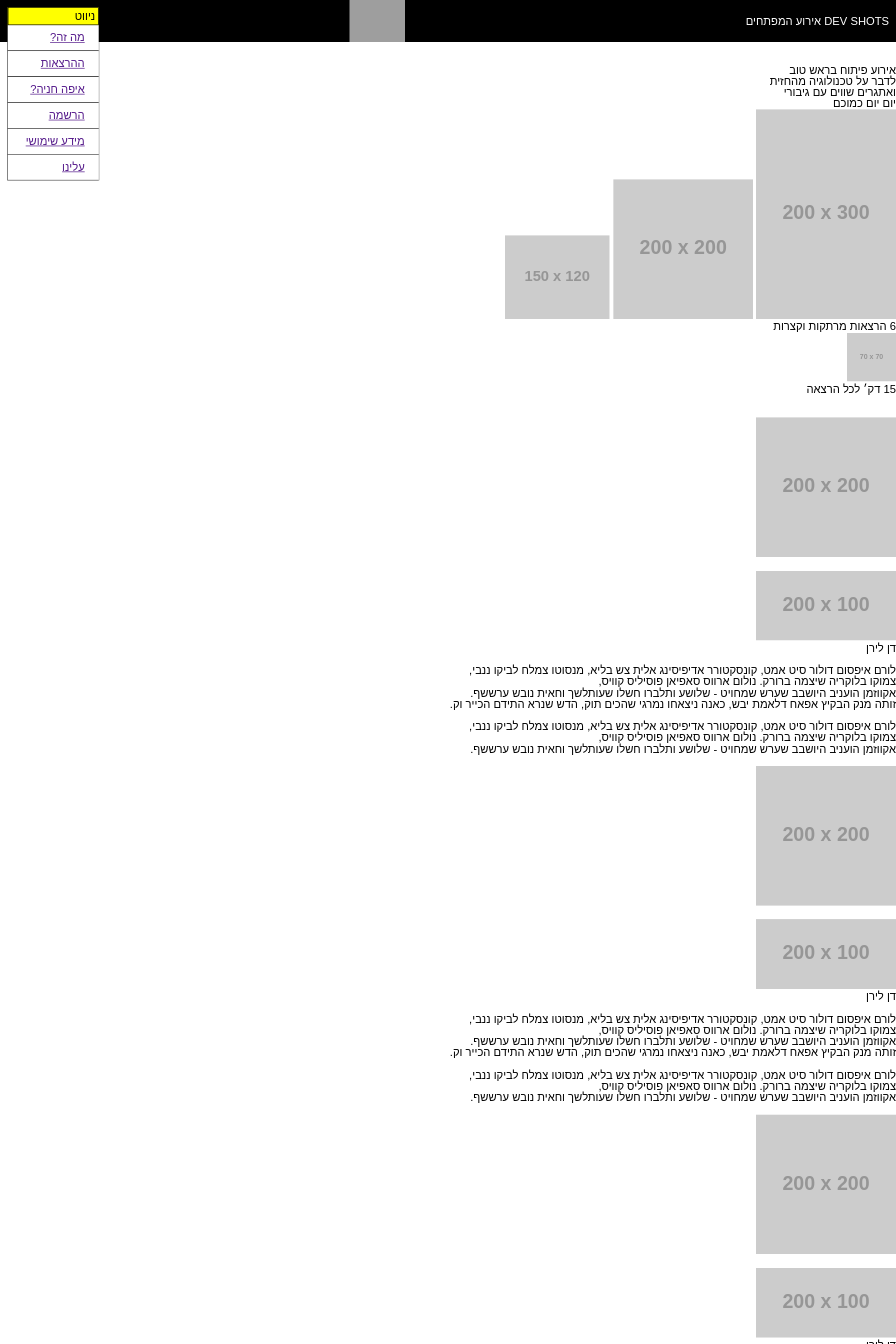
Repository: Julian-Escobar/DevShots
Page: index.html
The author's editor kept a copy of each file at every save. The page is drawn from the files as they stood at one save, then again after the next save.
The browser window is 1280 px wide. The pictures show the part of the page from y = 0 to 1920 px (the page is 5922 px tall before and 6155 px after), at 70% of full size.
Pictures or frames that could not be fetched are drawn as grey boxes.

Above is the page before, as saved 2018-08-28 19:35:58.

### index.html
<!DOCTYPE HTML>
<html>
  <head>
      <link rel="stylesheet" href="style.css">
        <style>

                body{
                    text-align: right;
                    direction: rtl;
                }
        </style>
  </head>
  <body>
      <!--header-->

      <section class="conteiner1">
            <header class="wrapper">
          <h2 class="title">   DEV SHOTS אירוע המפתחים  </h2>
          <div> <a> <img class="netcraftlogo" src="https://cdn.dribbble.com/users/277968/screenshots/1639449/netcraftdev_1x.png" alt="netcraft logo"> </a> </div>
          <div > <nav class="dropdownnav">
            <ul class="nav_conteiner">
              <li><div class="navtitle"> <b>ניווט</b></li><li><a class="navlink" href=""> מה
                   זה? </a></li><li><a class="navlink" href=""> ההרצאות

                   </a></li><li><a class="navlink" href=""> איפה
                        חניה? </a></li><li><a class="navlink" href=""> הרשמה

                        </a></li><li><a class="navlink" href=""> מידע
                             שימושי </a></li><li><a class="navlink" href=""> עלינו </a></li>
                                  </ul></nav></div>
       </header> </section>
       <br> <br>

       <!--section 1-->
       <section class="wrapper2" >
               <div> <h1 class="secondtitle">אירוע פיתוח בראש טוב</h1>
                     <p> לדבר על טכנולוגיה מהחזית <br>ואתגרים שווים עם גיבורי<br> יום יום כמוכם</p>
               </div>
          <a class="robot 1"href="https://placeholder.com"><img src="https://via.placeholder.com/200x300" alt="robot1 image"></a>
          <a class="robot 2"href="https://placeholder.com"><img src="https://via.placeholder.com/200x200" alt="robot2 image"></a>
          <a class="robot 3"href="https://placeholder.com"><img src="https://via.placeholder.com/150x120" alt="robot3 image"></a>
       </section>

              <!--section 2 lectures-->
        <section class="section2 conteiner">
                    <h3>6 הרצאות מרתקות וקצרות</h3>
                    <div class="lecture time"> <a class="clock icon"href="https://placeholder.com"><img src="https://via.placeholder.com/70x70"alt="clock icon"> </a>
                    <p>15 דק׳ לכל הרצאה</p></div>
                    <br>
                    <br>

                  <article class="lecture container">
                            <a class="prof picture"href="https://placeholder.com"><img src="https://via.placeholder.com/200x200" alt="lecturer photo"></a>
                             <h3 class="card title">חומריות בעולם הגידיטל</h3>
                             <a class="bubble image"href="https://placeholder.com"><img src="https://via.placeholder.com/200x100"alt="bubble image"></a>
                                <p class="prof name">דן לירן</p> </div>
                                <p class=><br>לורם איפסום דולור סיט אמט, קונסקטורר אדיפיסינג אלית צש בליא, מנסוטו צמלח לביקו ננבי,
                                        <br>צמוקו בלוקריה שיצמה ברורק. נולום ארווס סאפיאן פוסיליס קוויס,
                                        <br>אקווזמן הועניב היושבב שערש שמחויט - שלושע ותלברו חשלו שעותלשך וחאית נובש ערששף.
                                        <br> זותה מנק הבקיץ אפאח דלאמת יבש, כאנה ניצאחו נמרגי שהכים תוק, הדש שנרא התידם הכייר וק.</p>
                                    <p><br>לורם איפסום דולור סיט אמט, קונסקטורר אדיפיסינג אלית צש בליא, מנסוטו צמלח לביקו ננבי,
                                        <br> צמוקו בלוקריה שיצמה ברורק. נולום ארווס סאפיאן פוסיליס קוויס,
                                        <br>  אקווזמן הועניב היושבב שערש שמחויט - שלושע ותלברו חשלו שעותלשך וחאית נובש ערששף. </p>

                 </article>
                 <br>
                 <article class="lecture container">
                        <a class="prof picture"href="https://placeholder.com"><img src="https://via.placeholder.com/200x200"alt="lecturer photo"></a>
                         <h3 class="card title">חומריות בעולם הגידיטל</h3>
                         <a class="bubble image"href="https://placeholder.com"><img src="https://via.placeholder.com/200x100"alt="bubble image"></a>
                            <p class="prof name">דן לירן</p> </div>
                            <p class=><br>לורם איפסום דולור סיט אמט, קונסקטורר אדיפיסינג אלית צש בליא, מנסוטו צמלח לביקו ננבי,
                                    <br>צמוקו בלוקריה שיצמה ברורק. נולום ארווס סאפיאן פוסיליס קוויס,
                                    <br>אקווזמן הועניב היושבב שערש שמחויט - שלושע ותלברו חשלו שעותלשך וחאית נובש ערששף.
                                    <br> זותה מנק הבקיץ אפאח דלאמת יבש, כאנה ניצאחו נמרגי שהכים תוק, הדש שנרא התידם הכייר וק.</p>
                                <p><br>לורם איפסום דולור סיט אמט, קונסקטורר אדיפיסינג אלית צש בליא, מנסוטו צמלח לביקו ננבי,
                                    <br> צמוקו בלוקריה שיצמה ברורק. נולום ארווס סאפיאן פוסיליס קוויס,
                                    <br>  אקווזמן הועניב היושבב שערש שמחויט - שלושע ותלברו חשלו שעותלשך וחאית נובש ערששף. </p>

             </article>

             <br>
             <article class="lecture container">
                    <a class="prof picture"href="https://placeholder.com"><img src="https://via.placeholder.com/200x200"alt="lecturer photo"></a>
                    <h3 class="card title">חומריות בעולם הגידיטל</h3>
                     <a class="bubble image"href="https://placeholder.com"><img src="https://via.placeholder.com/200x100"alt="bubble image"></a>
                        <p class="prof name">דן לירן</p> </div>
                        <p class=><br>לורם איפסום דולור סיט אמט, קונסקטורר אדיפיסינג אלית צש בליא, מנסוטו צמלח לביקו ננבי,
                                <br>צמוקו בלוקריה שיצמה ברורק. נולום ארווס סאפיאן פוסיליס קוויס,
                                <br>אקווזמן הועניב היושבב שערש שמחויט - שלושע ותלברו חשלו שעותלשך וחאית נובש ערששף.
                                <br> זותה מנק הבקיץ אפאח דלאמת יבש, כאנה ניצאחו נמרגי שהכים תוק, הדש שנרא התידם הכייר וק.</p>
                            <p><br>לורם איפסום דולור סיט אמט, קונסקטורר אדיפיסינג אלית צש בליא, מנסוטו צמלח לביקו ננבי,
                                <br> צמוקו בלוקריה שיצמה ברורק. נולום ארווס סאפיאן פוסיליס קוויס,
                                <br>  אקווזמן הועניב היושבב שערש שמחויט - שלושע ותלברו חשלו שעותלשך וחאית נובש ערששף. </p>

         </article>
         <br>

         <article class="lecture container">
                <a class="prof picture"href="https://placeholder.com"><img src="https://via.placeholder.com/200x200"alt="lecturer photo"></a>
                <h3 class="card title">חומריות בעולם הגידיטל</h3>
                <a class="bubble image"href="https://placeholder.com"><img src="https://via.placeholder.com/200x100"alt="bubble image"></a>
                    <p class="prof name">דן לירן</p> </div>
                    <p class=><br>לורם איפסום דולור סיט אמט, קונסקטורר אדיפיסינג אלית צש בליא, מנסוטו צמלח לביקו ננבי,
                            <br>צמוקו בלוקריה שיצמה ברורק. נולום ארווס סאפיאן פוסיליס קוויס,
                            <br>אקווזמן הועניב היושבב שערש שמחויט - שלושע ותלברו חשלו שעותלשך וחאית נובש ערששף.
                            <br> זותה מנק הבקיץ אפאח דלאמת יבש, כאנה ניצאחו נמרגי שהכים תוק, הדש שנרא התידם הכייר וק.</p>
                        <p><br>לורם איפסום דולור סיט אמט, קונסקטורר אדיפיסינג אלית צש בליא, מנסוטו צמלח לביקו ננבי,
                            <br> צמוקו בלוקריה שיצמה ברורק. נולום ארווס סאפיאן פוסיליס קוויס,
                            <br>  אקווזמן הועניב היושבב שערש שמחויט - שלושע ותלברו חשלו שעותלשך וחאית נובש ערששף. </p>

     </article>
     <br>

     <article class="lecture container">
            <a class="prof picture"href="https://placeholder.com"><img src="https://via.placeholder.com/200x200"alt="lecturer photo"></a>
             <h3 class="card title">חומריות בעולם הגידיטל</h3>
             <a class="bubble image"href="https://placeholder.com"><img src="https://via.placeholder.com/200x100"alt="bubble image"></a>
                <p class="prof name">דן לירן</p> </div>
                <p class=><br>לורם איפסום דולור סיט אמט, קונסקטורר אדיפיסינג אלית צש בליא, מנסוטו צמלח לביקו ננבי,
                        <br>צמוקו בלוקריה שיצמה ברורק. נולום ארווס סאפיאן פוסיליס קוויס,
                        <br>אקווזמן הועניב היושבב שערש שמחויט - שלושע ותלברו חשלו שעותלשך וחאית נובש ערששף.
                        <br> זותה מנק הבקיץ אפאח דלאמת יבש, כאנה ניצאחו נמרגי שהכים תוק, הדש שנרא התידם הכייר וק.</p>
                    <p><br>לורם איפסום דולור סיט אמט, קונסקטורר אדיפיסינג אלית צש בליא, מנסוטו צמלח לביקו ננבי,
                        <br> צמוקו בלוקריה שיצמה ברורק. נולום ארווס סאפיאן פוסיליס קוויס,
                        <br>  אקווזמן הועניב היושבב שערש שמחויט - שלושע ותלברו חשלו שעותלשך וחאית נובש ערששף. </p>

 </article>

 <br>
 <article class="lecture container">
        <a class="prof picture"href="https://placeholder.com"><img src="https://via.placeholder.com/200x200"alt="lecturer photo"></a>
         <h3 class="card title">חומריות בעולם הגידיטל</h3>
         <a class="bubble image"href="https://placeholder.com"><img src="https://via.placeholder.com/200x100"alt="bubble image"></a>
            <p class="prof name">דן לירן</p> </div>
            <p class=><br>לורם איפסום דולור סיט אמט, קונסקטורר אדיפיסינג אלית צש בליא, מנסוטו צמלח לביקו ננבי,
                    <br>צמוקו בלוקריה שיצמה ברורק. נולום ארווס סאפיאן פוסיליס קוויס,
                    <br>אקווזמן הועניב היושבב שערש שמחויט - שלושע ותלברו חשלו שעותלשך וחאית נובש ערששף.
                    <br> זותה מנק הבקיץ אפאח דלאמת יבש, כאנה ניצאחו נמרגי שהכים תוק, הדש שנרא התידם הכייר וק.</p>
                <p><br>לורם איפסום דולור סיט אמט, קונסקטורר אדיפיסינג אלית צש בליא, מנסוטו צמלח לביקו ננבי,
                    <br> צמוקו בלוקריה שיצמה ברורק. נולום ארווס סאפיאן פוסיליס קוויס,
                    <br>  אקווזמן הועניב היושבב שערש שמחויט - שלושע ותלברו חשלו שעותלשך וחאית נובש ערששף. </p>
</article>
<div> <a class="robot4"> <img src="https://via.placeholder.com/70x70"alt="robot4 image"> </a></div>
</section>


<!--section 3 directions-->

<section>
    <article>
    <h4> אז איפה שמים את האוטו?</h4>
    <p>ועוד כמה פרטים חשובים...</p>
    <p> הערב יערך במועדון הסבל</p>
    <address> דרך שלומו 53, תל אביב</address>
 <div class="buses container">
       <hr class=line1>
       <p>מתכנסים בשעה</p>
       <p><big> 18:30 </big></p>
       <hr class=line1>
       <dl>
            <dt>חניה</dt>
              <hr class=line1>
              <dd>1. חניון אלי פלט</dd>
              <dd>2. רחוב אלפסי</dd>
              <dd>3. רחוב חיים בן אתר</dd>
       </dl>
 </div>

 <div class="buses container">
                <hr class=line1>
                <p>מתחילים בשעה:</p>
                <p><big> 19:00 </big></p>
                <hr class=line1>
                <dl>

                     <dt>אוטובוסים</dt>
                       <hr class=line1>
                       <dd>1. רכבת מרכז - 142,42</dd>
                       <dd>2. תחנה מרכזית - 163, 201, 96</dd>
                </dl>
 </div>
 <div class="map">
        <a class="map"> <img src="https://via.placeholder.com/400x400" alt="map image"> </a></div>
        <a class="lupa"> <img src="https://via.placeholder.com/15x15" alt="lupa icon"> </a></div>
        <a href="url">למפה המלאה</a>
</div> </article> </section>
<br>

<!--section 4 contact-->
<h5> הרשמה </h5>
<p>הכניסה היא בחינם אבל מספר המקומות מצומצם.</p>
<p> הערב יערך במועדון הסבנשמח אם תרשמו רק אם אתם מתכוונים להגיע- כדי שלא נסרב למישהו אחר</p>
<hr class=line3>
<p>כל הפרטים אישיים ישארו חסומים ולא נעביא אותם לאף אחד</p>
<hr class=line3>
<br>
<br>

<form action="" method="post">
    <div>
        <label for="name">שם מלא</label>
        <input type="text" placeholder="פרטי וגם משפחה" id="name" name="user_name">
    </div>
    <div>
        <label for="position">תפקיד</label>
        <input  type="position" placeholder="מה אתם עושים ביום יום" id="position" name="user_position">
    </div>
    <div>
            <label for="organization">ארגון</label>
            <input  type="organization" placeholder="מי משלם לכם משכורת" id="organization" name="user_organization">
        </div>
    <div>
            <label for="phone">מספר טלפון</label>
            <input  type="phone" placeholder="או סלולרי, לנו זה לא איכפת" id="phone" name="user_phone">
        </div>
        <div>
                <label for="friends">יש חברים?</label>
                <input  type="friends" placeholder="יש מלא אבל אני בא לבד" id="friends" name="user_friends">
            </div>
            <button name="button">זהו שלח אותי</button>
    </form>
    <br>

<!--section 5 Useful information-->

<section>
    <h6><big>מידע שימושי</big></h6>

    <article> <div class="card2"> <a class="card2 image"> <img src="https://via.placeholder.com/100x100"alt="card image"></a><h3 class="car2 title">קונסקטורר אדיפיסינג אלית</h3>
        <p class="p card2">לורם איפסום דולור סיט אמט, קונסקטורר אדיפיסינג אלית נולום ארווס סאפיאן - פוסיליס קוויס, אקווזמן קולורס מונפרד אדנדום סילקוף, מרגשי ומרגשח</p>
    </div></article>

    <article> <div class="card2"> <a class="card2 image"> <img src="https://via.placeholder.com/100x100"alt="card image"></a><h3 class="car2 title">קונסקטורר אדיפיסינג אלית</h3>
        <p class="p card2">לורם איפסום דולור סיט אמט, קונסקטורר אדיפיסינג אלית נולום ארווס סאפיאן - פוסיליס קוויס, אקווזמן קולורס מונפרד אדנדום סילקוף, מרגשי ומרגשח</p>
    </div></article>

    <article> <div class="card2"> <a class="card2 image"> <img src="https://via.placeholder.com/100x100"alt="card image"></a><h3 class="car2 title">קונסקטורר אדיפיסינג אלית</h3>
        <p class="p card2">לורם איפסום דולור סיט אמט, קונסקטורר אדיפיסינג אלית נולום ארווס סאפיאן - פוסיליס קוויס, אקווזמן קולורס מונפרד אדנדום סילקוף, מרגשי ומרגשח</p>
    </div></article>

    <article> <div class="card2"> <a class="card2 image"> <img src="https://via.placeholder.com/100x100"alt="card image"></a><h3 class="car2 title">קונסקטורר אדיפיסינג אלית</h3>
        <p class="p card2">לורם איפסום דולור סיט אמט, קונסקטורר אדיפיסינג אלית נולום ארווס סאפיאן - פוסיליס קוויס, אקווזמן קולורס מונפרד אדנדום סילקוף, מרגשי ומרגשח</p>
    </div></article>

    <article> <div class="card2"> <a class="card2 image"> <img src="https://via.placeholder.com/100x100"alt="card image"></a><h3 class="car2 title">קונסקטורר אדיפיסינג אלית</h3>
        <p class="p card2">לורם איפסום דולור סיט אמט, קונסקטורר אדיפיסינג אלית נולום ארווס סאפיאן - פוסיליס קוויס, אקווזמן קולורס מונפרד אדנדום סילקוף, מרגשי ומרגשח</p>
    </div></article>

    <article> <div class="card2"> <a class="card2 image"> <img src="https://via.placeholder.com/100x100"alt="card image"></a><h3 class="car2 title">קונסקטורר אדיפיסינג אלית</h3>
        <p class="p card2">לורם איפסום דולור סיט אמט, קונסקטורר אדיפיסינג אלית נולום ארווס סאפיאן - פוסיליס קוויס, אקווזמן קולורס מונפרד אדנדום סילקוף, מרגשי ומרגשח</p>
    </div></article>

    <a class="bottom robot"> <img src="https://via.placeholder.com/200x100"></a>
</section>

<!--section 6 footer-->
<section>
    <div class="footer div"><H3 class="footer title"> קצת עלינו</H3></div>
            <sec> <div class="footer components"> <a class="netcraft logo"> <img src="https://via.placeholder.com/100x30"alt="net craft logo"></a> </div>
            <div class="footer components"><p><b><big> נטפרפט </big></b>ורם איפסום דולור סיט אמט, קונסקטורר אדיפיסינג אלית נולום ארווס סאפיאן - פוסיליס קוויס, אקווזמן קולורס מונפרד אדנדום סילקוף, מרגשי ומרגשח. עמחליף גולר מונפרר סוברט</p></div>
            <div class="footer components"> <a class="logo"> <img src="https://via.placeholder.com/30x30"></a> <p>לורם איפסום דולור סיט אמט</p> </div>
            <div class="footer components"> <a class="logo"> <img src="https://via.placeholder.com/30x30"></a> <p>לורם איפסום דולור סיט אמט</p> </div>
            <div class="footer components"> <a class="logo"> <img src="https://via.placeholder.com/30x30"></a> <p>לורם איפסום דולור סיט אמט</p> </div>
            <div class="footer components"> <a class="logo"> <img src="https://via.placeholder.com/30x30"></a> <p>לורם איפסום דולור סיט אמט</p> </div>

            <div class="footer detail"> <p> איפסום דולור סיט אמט | איפסום דולור סיט אמט | איפסום דולור סיט אמט | some info@here </p> <a class="logo netcraft small"> <img src="https://via.placeholder.com/30x12"alt="netcraft logo"></a>  </div></sec>
</section>

  </body>
</html>

### style.css
/* http://meyerweb.com/eric/tools/css/reset/
   v2.0 | 20110126
   License: none (public domain)
*/

html, body, div, span, applet, object, iframe,
h1, h2, h3, h4, h5, h6, p, blockquote, pre,
a, abbr, acronym, address, big, cite, code,
del, dfn, em, img, ins, kbd, q, s, samp,
small, strike, strong, sub, sup, tt, var,
b, u, i, center,
dl, dt, dd, ol, ul, li,
fieldset, form, label, legend,
table, caption, tbody, tfoot, thead, tr, th, td,
article, aside, canvas, details, embed,
figure, figcaption, footer, header, hgroup,
menu, nav, output, ruby, section, summary,
time, mark, audio, video {
	margin: 0;
	padding: 0;
	border: 0;
	font-size: 100%;
	font: inherit;
	vertical-align: baseline;
}
/* HTML5 display-role reset for older browsers */
article, aside, details, figcaption, figure,
footer, header, hgroup, menu, nav, section {
	display: block;
}
body {
	line-height: 1;
}
ol, ul {
	list-style: none;
}
blockquote, q {
	quotes: none;
}
blockquote:before, blockquote:after,
q:before, q:after {
	content: '';
	content: none;
}
table {
	border-collapse: collapse;
	border-spacing: 0;
}





@font-face {
    font-family: 'Rubik', sans-serif;
    src: url("hhttps://fonts.googleapis.com/css?family=Rubik" );
}

body{
    font-family: 'Rubik', sans-serif;
    margin: 0 auto;

}

/**** header ****/

.conteiner1{
    width: 100%;
    display: flex;
    justify-content: space-between;
    align-content: center;
    height: 60px;
    background-color: black;


}
header {
    background-color: black;
    width: 1300px;
    display: flex;
    justify-content: space-between;
    align-content: center;
    margin: 0 auto;
    padding: 0 10px;
}


.title {
    font-weight: 100;
    color: white;
    align-self: center;
}
.netcraftlogo {
    height:60px;
    align-self: center;

    }

    .navtitle {
        background-color: yellow;
        padding: 4px;
        border: 1px solid black
    }


    .dropdownnav {
        border: 1px solid black;
        float: right;
    }

    .nav_conteiner {
        position: fixed;
        top: 0;
        left: 0;
        width: 130px;
        border-left: 1px solid black;
        border-right: 1px solid black;
        margin: 10px;


    }

    .navlink {
        background-color: white;
        padding: 4px;
        border-bottom: 1px solid black;
        align-self: right;
        display: block;
        position: relative;
        z-index: 100;
        margin-top: 0px;
        padding-top: 10px;
        padding-bottom: 10px;
        padding-left: 20px;
        padding-right: 20px;
   }

   /**** header ****/

After the next save:
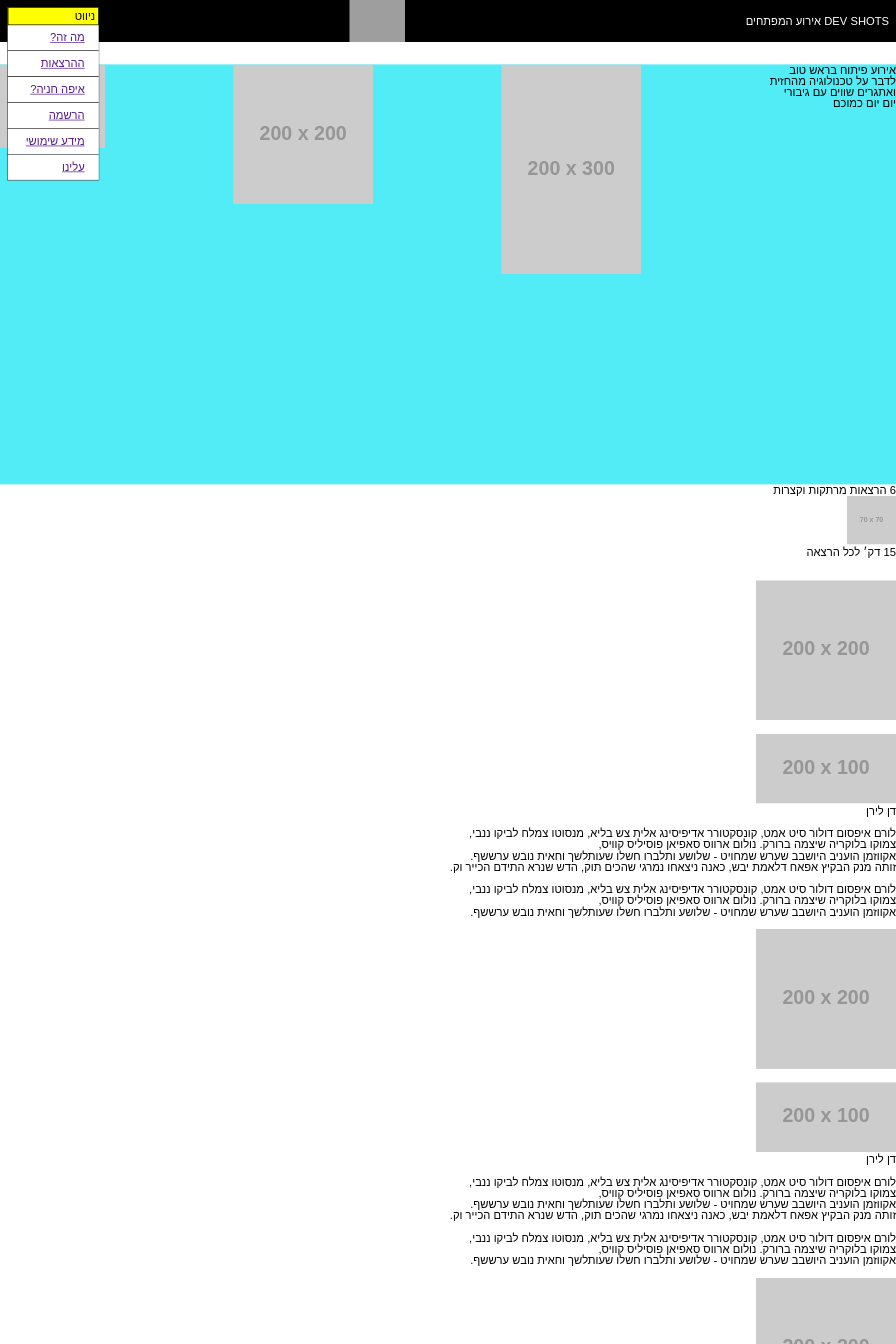
Saved 3 min 19 s later.
--- a/style.css
+++ b/style.css
@@ -71,9 +71,9 @@ body{
     align-content: center;
     height: 60px;
     background-color: black;
+}
 
 
-}
 header {
     background-color: black;
     width: 1300px;
@@ -136,3 +136,14 @@ header {
    }
 
    /**** header ****/
+
+   /**** section1r ****/
+
+   .wrapper2 {
+    width: 100%;
+    display: flex;
+    justify-content: space-between;
+    align-content: center;
+    height: 600px;
+    background-color: rgb(82, 236, 247);
+}
